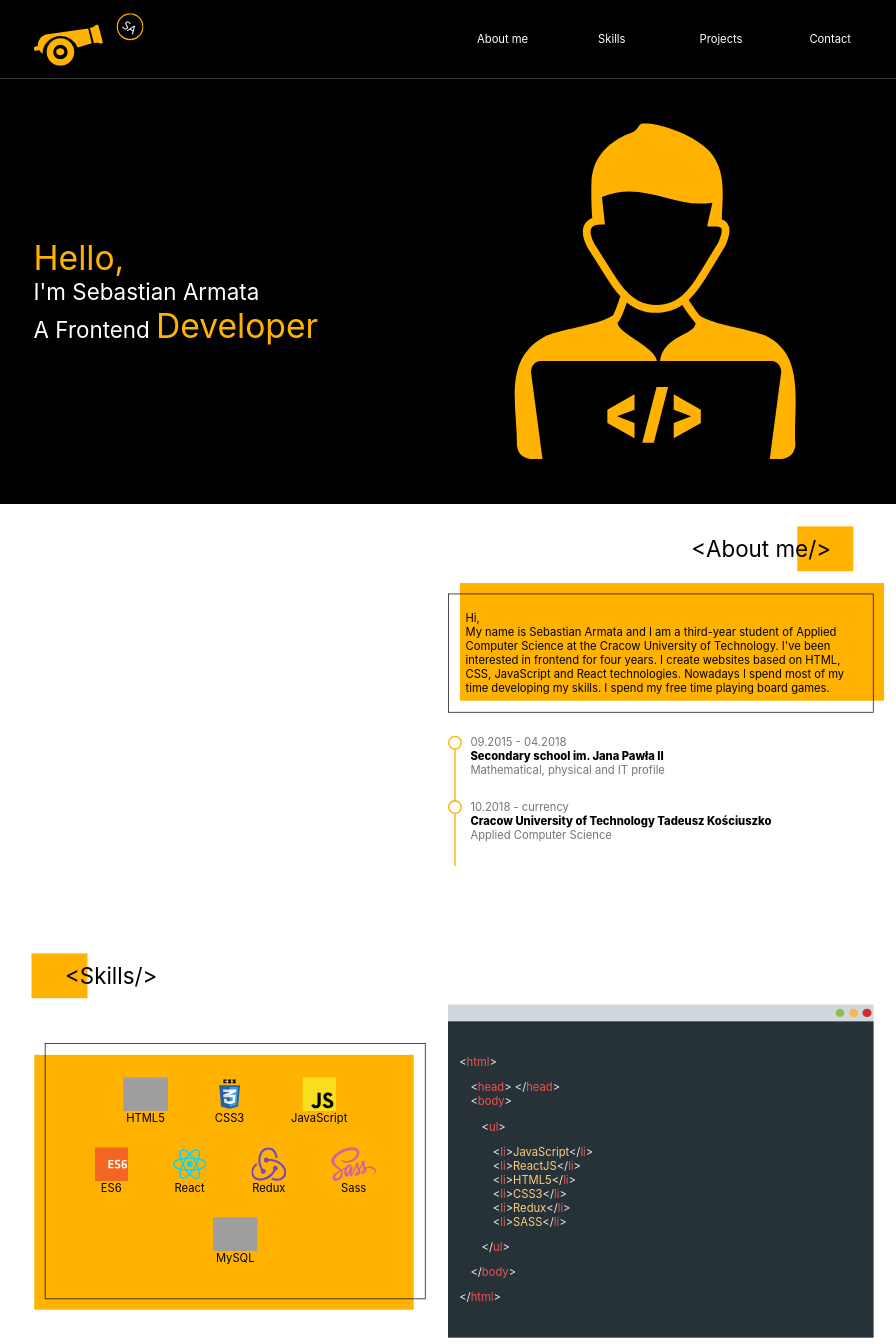
Repository: SebastianArmata22/Portfolio
Page: /
These files come from the project's save history. The page is drawn as it stood at one moment and after the next save; the edit follows.
The browser window is 1280 px wide. The pictures show the part of the page from y = 0 to 1920 px (the page is 3887 px tall), at 70% of full size.
Pictures or frames that could not be fetched are drawn as grey boxes. The project was rebuilt for these pictures with package versions that can differ from the ones it lists, and the page was loaded fresh each time.

Above is the page before, as saved 2021-03-03 14:43:26.

After the next save:
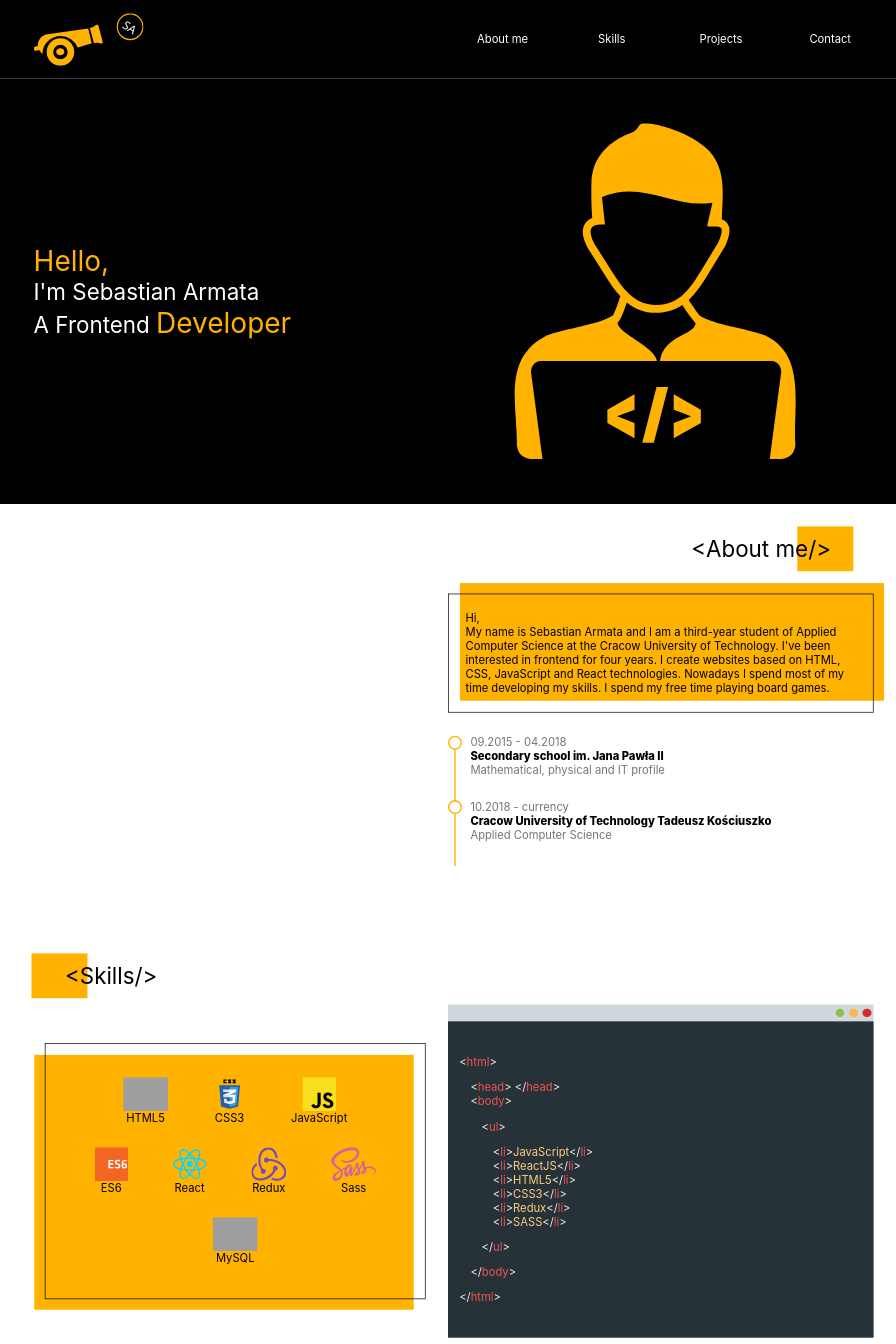
Saved 2 min 15 s later.
--- a/src/components/mainPage/mainPage.module.scss
+++ b/src/components/mainPage/mainPage.module.scss
@@ -47,7 +47,7 @@
         p{
             font-size: 2rem;
             span{
-                font-size: 3rem;
+                font-size: 2.5rem;
             }
         }
         >div{
